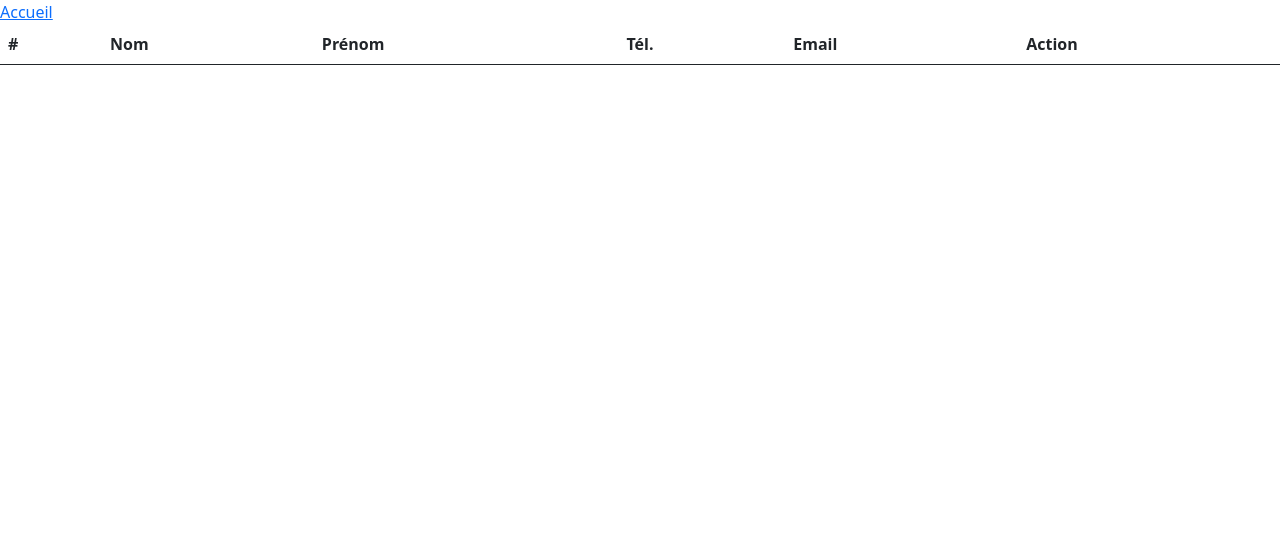
Repository: arione15/Ud-Mast_PHP_POO_espace_membre
Page: http://localhost/administration.php
An editor plug-in stored every save of this project. The page is shown before and after a run of saves, followed by the edit.
The browser window is 1280 px wide. The pictures show the whole page.
The page is run by PHP 8.4 with error messages shown; the project is at /var/www/html/. Queries for data that is not in the repository find no rows.

Above is the page before, as saved 2021-07-31 12:08:55.

### administration.php
<?php
require_once 'inclureClasses.php';

$pdo = new PDO('mysql: host=localhost; dbname=espace_membres', 'root', '');
$pdo->setAttribute(PDO::ATTR_ERRMODE, PDO::ERRMODE_EXCEPTION); // ou après 'root', '', [PDO::ATTR_ERRMODE => PDO::ERRMODE_EXCEPTION, PDO::ATTR_DEFAULT_FETCH_MODE => PDO::FETCH_ASSOC])

$manager = new UtilisateursManager($pdo);
?>


<!DOCTYPE html>
<html lang="en">

<head>
    <meta charset="UTF-8">
    <meta http-equiv="X-UA-Compatible" content="IE=edge">
    <meta name="viewport" content="width=device-width, initial-scale=1.0">
    <link href="https://cdn.jsdelivr.net/npm/bootstrap@5.0.2/dist/css/bootstrap.min.css" rel="stylesheet" integrity="sha384-EVSTQN3/azprG1Anm3QDgpJLIm9Nao0Yz1ztcQTwFspd3yD65VohhpuuCOmLASjC" crossorigin="anonymous">

    <title>Inscription</title>
</head>

<body>
    <a href="index.php">Accueil</a>


    <table class="table table-hover">
        <thead>
            <tr>
                <th scope="col">#</th>
                <th scope="col">Nom</th>
                <th scope="col">Prénom</th>
                <th scope="col">Tél.</th>
                <th scope="col">Email</th>
                <th scope="col">Action</th>
            </tr>
        </thead>
        <tbody>
            <?php foreach ($manager->getListeUtilisateurs() as $key) : ?>
                <tr>
                    <th scope="row"><?= $key->getId() ?></th>
                    <td><?= $key->getNom() ?></td>
                    <td><?= $key->getPrenom() ?></td>
                    <td><?= $key->getTel() ?></td>
                    <td><?= $key->getEmail() ?></td>
                    <td><a href="?modifier=<?= $key->getId() ?>" class='btn btn-primary m-1'>Modifier</a><a href="" class='btn btn-danger m-1'>Supprimer</a></td>
                </tr>
            <?php endforeach; ?>
        </tbody>
    </table>


    <script src="https://cdn.jsdelivr.net/npm/@popperjs/core@2.9.2/dist/umd/popper.min.js" integrity="sha384-IQsoLXl5PILFhosVNubq5LC7Qb9DXgDA9i+tQ8Zj3iwWAwPtgFTxbJ8NT4GN1R8p" crossorigin="anonymous"></script>
    <script src="https://cdn.jsdelivr.net/npm/bootstrap@5.0.2/dist/js/bootstrap.min.js" integrity="sha384-cVKIPhGWiC2Al4u+LWgxfKTRIcfu0JTxR+EQDz/bgldoEyl4H0zUF0QKbrJ0EcQF" crossorigin="anonymous"></script>

</body>

</html>

### inclureClasses.php
<?php

function inclureClasses($ClassName){
    if(file_exists($fichier = __DIR__ . '/' . $ClassName . '.php')){
        require $fichier;
    }
}
spl_autoload_register('inclureClasses');

### UtilisateursManager.php
<?php
require_once 'inclureClasses.php';

class UtilisateursManager{
private $pdo;

public function __construct(PDO $pdo){
    $this -> pdo = $pdo;
}

public function inserer(Utilisateurs $utilisateur){
    $req = $this -> pdo -> prepare('INSERT INTO utilisateurs(nom, prenom, tel, email) VALUES(:nom, :prenom, :tel, :email)');
    $req -> bindValue(':nom', $utilisateur->getNom(), PDO::PARAM_STR); //$_POST['nom'] ??
    $req -> bindValue(':prenom', $utilisateur->getPrenom(), PDO::PARAM_STR);
    $req -> bindValue(':tel', $utilisateur->getTel(), PDO::PARAM_STR);
    $req -> bindValue(':email', $utilisateur->getEmail(), PDO::PARAM_STR);
    $req -> execute();
}

public function getListeUtilisateurs(){
    $req = $this -> pdo -> query('SELECT * FROM utilisateurs ORDER BY nom ASC');
    $req -> setFetchMode(PDO::FETCH_CLASS | PDO::FETCH_PROPS_LATE, 'Utilisateurs');
    $listeUtilisateurs = $req -> fetchAll();
    $req -> closeCursor();
    return $listeUtilisateurs;
}

public function getUtilisateur($id){
    $req = $this -> pdo -> prepare('SELECT * FROM utilisateurs WHERE id=:id');
    $req -> bindValue(':id', $id, PDO::PARAM_INT);
    $req -> execute();
    $req -> setFetchMode(PDO::FETCH_CLASS | PDO::FETCH_PROPS_LATE, 'Utilisateurs');
    $utilisateur = $req -> fetch();
    $req -> closeCursor();
    return $utilisateur;
}

}

### Utilisateurs.php
<?php

class Utilisateurs
{
    private $id;
    private $nom;
    private $prenom;
    private $tel;
    private $email;

    private $erreurs = [];

    const NOM_INVALIDE = 1;
    const PRENOM_INVALIDE = 2;
    const EMAIL_INVALIDE = 3;


    public function __construct($donnees = [])
    {
        $this->hydrater($donnees);
    }

    public function getId()
    {
        return $this->id;
    }

    public function setId($id)
    {
        if (!empty($id)) {
            $this->id = $id;
        }
    }

    public function getNom()
    {
        return $this->nom;
    }

    public function setNom($nom)
    {
        if (!is_string($nom) || empty($nom)) {
            $this->erreurs[] = self::NOM_INVALIDE;
        }
        $this->nom = $nom;
    }

    public function getPrenom()
    {
        return $this->prenom;
    }

    public function setPrenom($prenom)
    {
        if (!is_string($prenom) || empty($prenom)) {
            $this->erreurs[] = self::PRENOM_INVALIDE;
        }
        $this->prenom = $prenom;
    }

    public function getTel()
    {
        return $this->tel;
    }

    public function setTel($tel)
    {
        $this->tel = $tel;
    }

    public function getEmail()
    {
        return $this->email;
    }


    public function setEmail($email)
    {
        if(filter_var($email, FILTER_VALIDATE_EMAIL)){
            $this->email = $email;
        }$this->erreurs[]=self::EMAIL_INVALIDE;
    }


    public function hydrater(array $donnees)
    {
        foreach ($donnees as $propriete => $valeur) {
            $methodSet = 'set' . ucfirst($propriete);
            $this->$methodSet($valeur);
        }
    }

    public function isUserValid()
    {
        if (!(empty($this->nom) || empty($this->prenom) || empty($this->email))) { // on peut l'écrire "return !empty(.....)"
            return true;
        }
    }

    public function getErreurs()
    {
        return $this->erreurs;
    }

    public function setErreurs($erreurs)
    {
        $this->erreurs = $erreurs;
    }
}

After the next 2 saves:
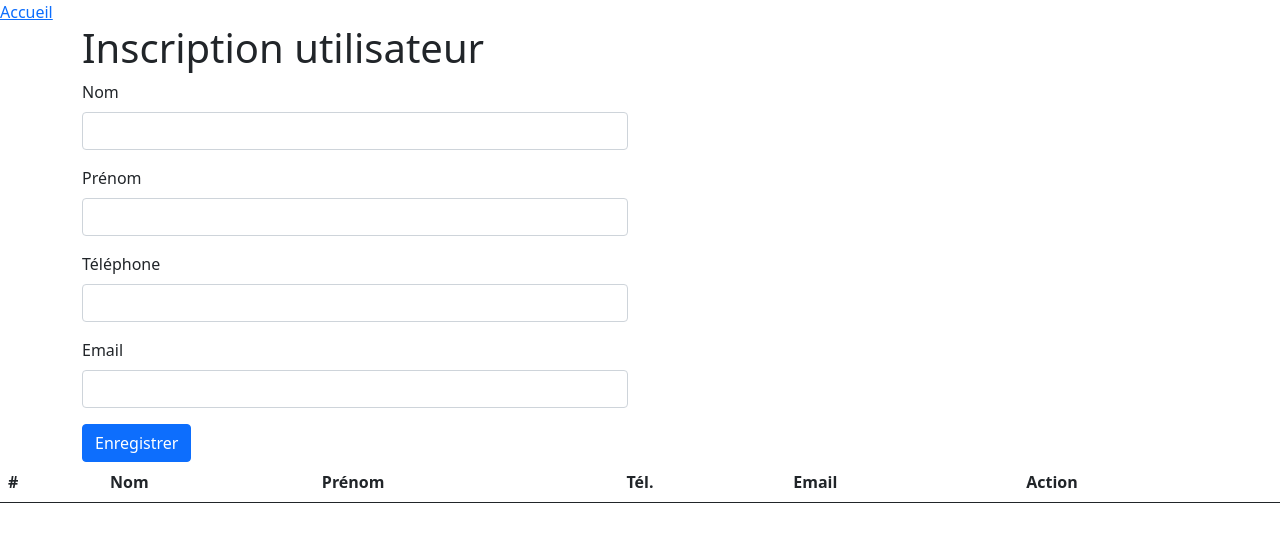
The 2 saves are shown as one change because they came seconds apart.
The last was saved 8 min 6 s later.
--- a/administration.php
+++ b/administration.php
@@ -22,6 +22,73 @@ $manager = new UtilisateursManager($pdo);
 
 <body>
     <a href="index.php">Accueil</a>
+
+
+
+
+
+
+
+
+
+
+
+
+
+
+
+
+
+    <div class="container">
+        <h1>Inscription utilisateur</h1>
+        <div class="row">
+            <div class="col-md-6">
+                <form action="#" method="post" col-md-6>
+                    <div class="mb-3">
+                        <?php if (isset($erreurs) && in_array(Utilisateurs::NOM_INVALIDE, $erreurs)) {
+                            echo 'Le nom est invalide <br>';
+                        }
+                        ?>
+                        <label for="nom" class="form-label">Nom</label>
+                        <input type="text" class="form-control" id="nom">
+                    </div>
+
+                    <?php if (isset($erreurs) && in_array(Utilisateurs::PRENOM_INVALIDE, $erreurs)) {
+                        echo 'Le prénom est invalide <br>';
+                    }
+                    ?>
+                    <div class="mb-3">
+                        <label for="prenom" class="form-label">Prénom</label>
+                        <input type="text" class="form-control" id="prenom">
+                    </div>
+
+                    <div class="mb-3">
+                        <label for="tel" class="form-label">Téléphone</label>
+                        <input type="tel" class="form-control" id="tel">
+                    </div>
+
+                    <?php if (isset($erreurs) && in_array(Utilisateurs::EMAIL_INVALIDE, $erreurs)) {
+                        echo 'L\'email est invalide <br>';
+                    }
+                    ?>
+                    <div class="mb-3">
+                        <label for="email" class="form-label">Email</label>
+                        <input type="email" class="form-control" id="email">
+                    </div>
+
+                    <button type="submit" class="btn btn-primary">Enregistrer</button>
+                </form>
+
+            </div>
+        </div>
+    </div>
+
+
+
+
+
+
+
 
 
     <table class="table table-hover">
